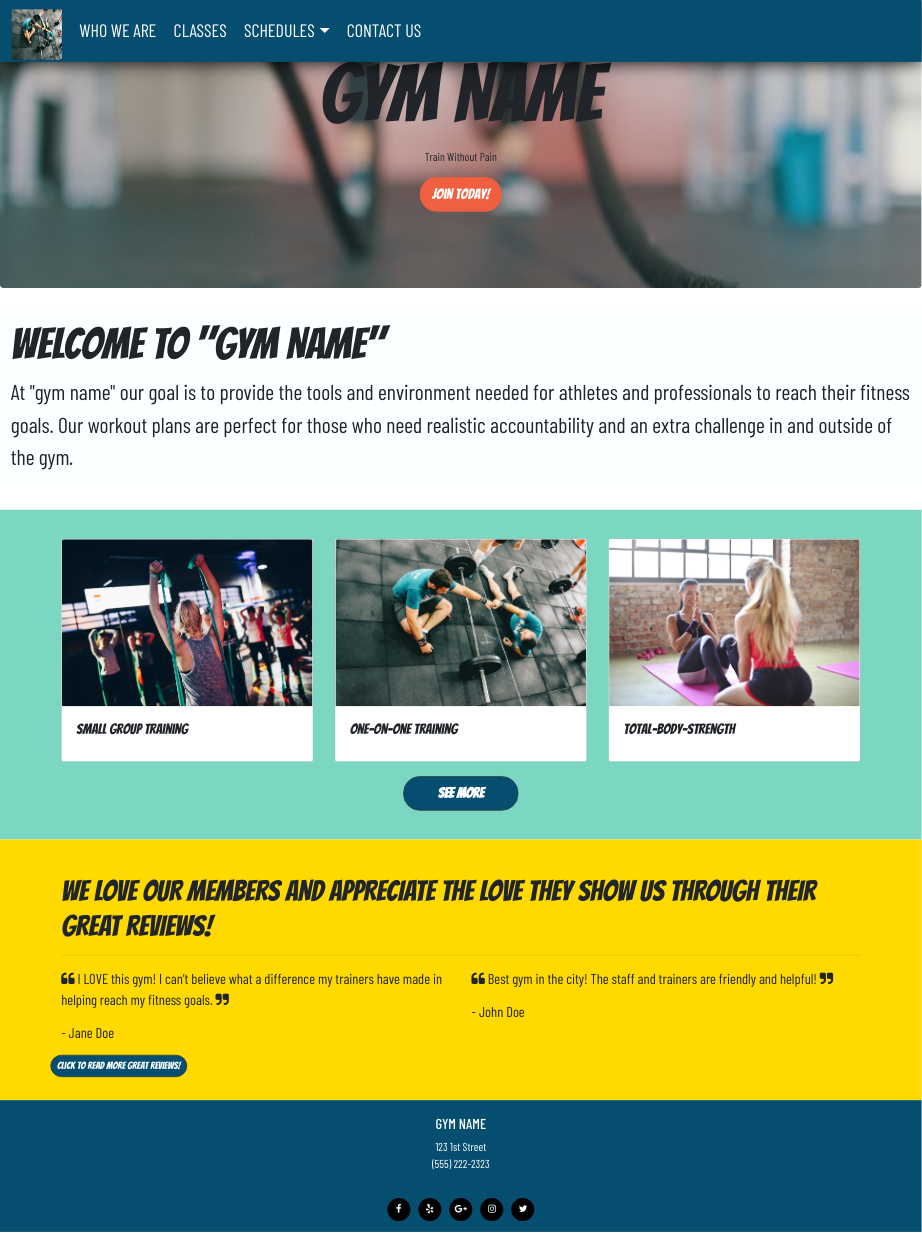
Repository: amybru/sweatitout
Page: index.html
The author's editor kept a record of every edit. The page is drawn from the files as they stood at one moment, then again after the next edit.
The browser window is 1280 px wide. The pictures show the whole page, at 72% of full size.
Some web fonts or font styles are not loaded; a fallback is used. Some web libraries are served in a nearby version.

Above is the page before.

After the next edit:
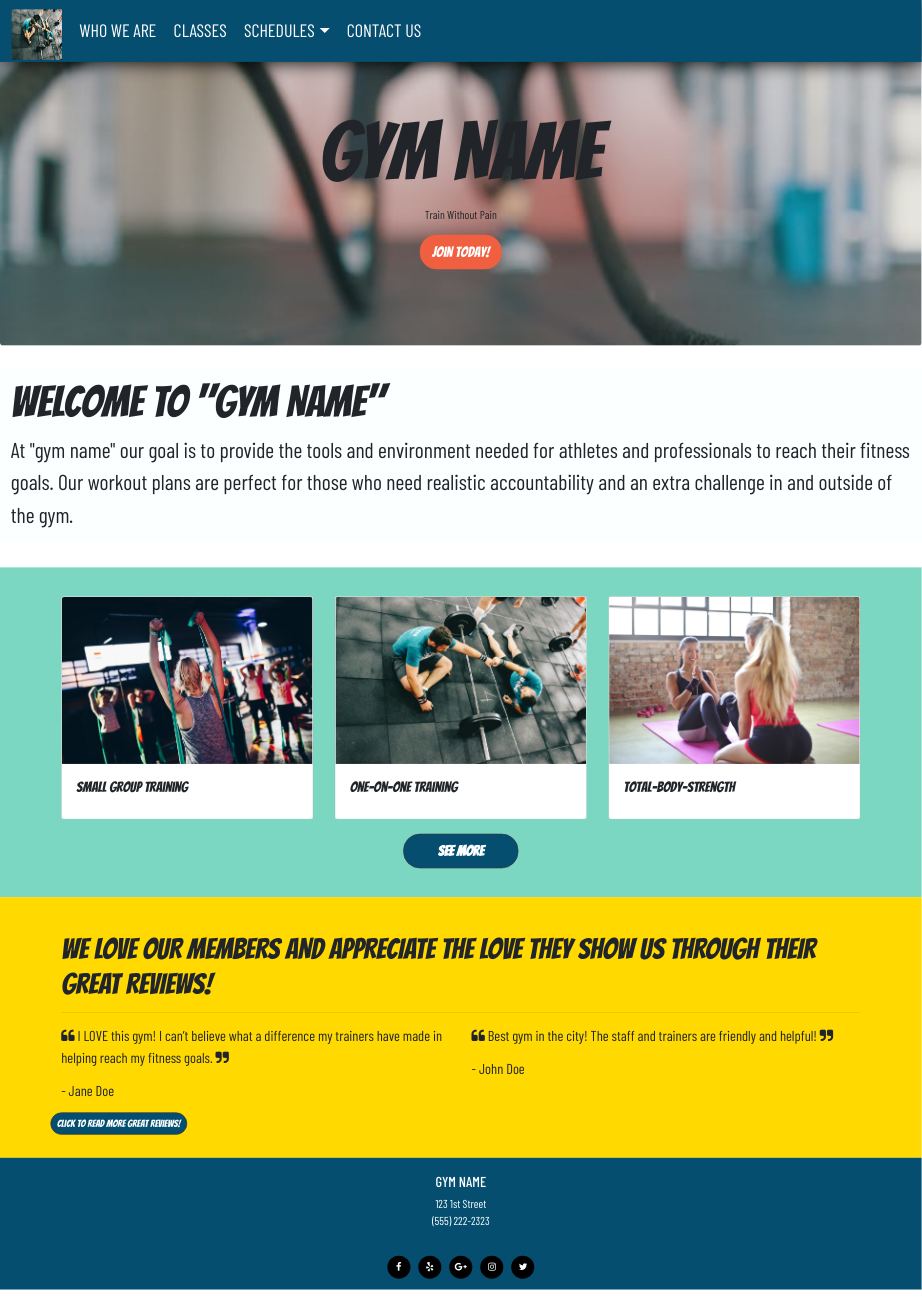
The edit:
--- a/css/style.css
+++ b/css/style.css
@@ -3,6 +3,7 @@
 body {
     font-family: 'Barlow Condensed', sans-serif;
     font-size: 400;
+    margin-top: 80px;
 }
 
 h1 {
